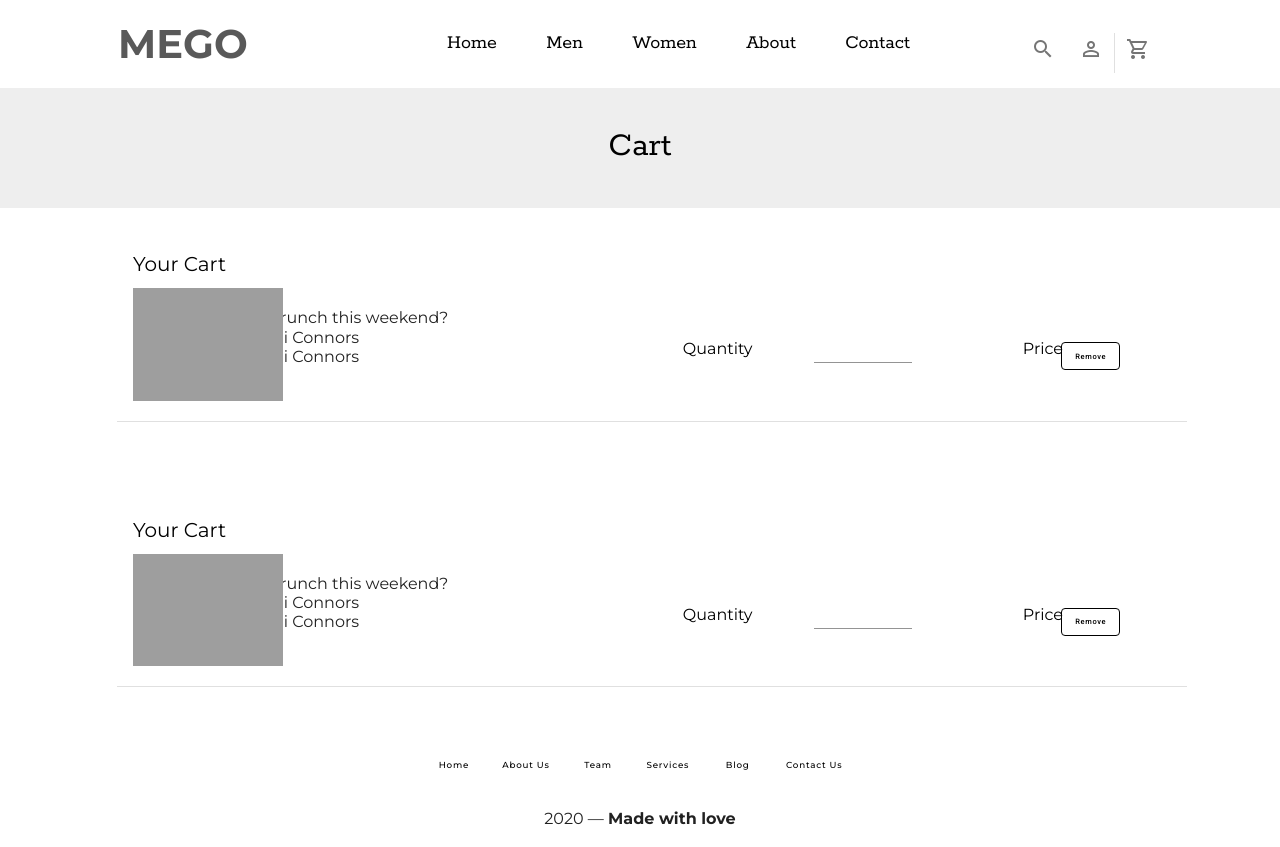
Repository: nguyenphuong152/mego-frontend
Page: /cart (app in frontend/)
These files come from the project's save history. The page is drawn as it stood at one moment and after the next save; the edit follows.
The browser window is 1280 px wide. The pictures show the whole page.
Pictures or frames that could not be fetched are drawn as grey boxes. The project was rebuilt for these pictures with package versions that can differ from the ones it lists, and the page was loaded fresh each time. Also part of the build but not shown: frontend/vue.config.js, frontend/src/components/Customer/Collection.vue, frontend/src/components/Customer/Banner.vue, frontend/src/components/Customer/BestSeller.vue, frontend/src/components/Customer/Partner.vue, frontend/src/views/Customer/Home.vue, frontend/src/components/Customer/ProductCategory.vue, frontend/src/components/Customer/ProductView.vue and 10 more. Imported but missing from the stored project, and not drawn on this page: frontend/src/views/Admin/Category.vue, frontend/src/views/Admin/ManageProduct.vue, frontend/src/views/Admin/ManageUser.vue, frontend/src/views/Admin/OrderList.vue.

Above is the page before, as saved 2020-11-26 17:00:20.

After the next save:
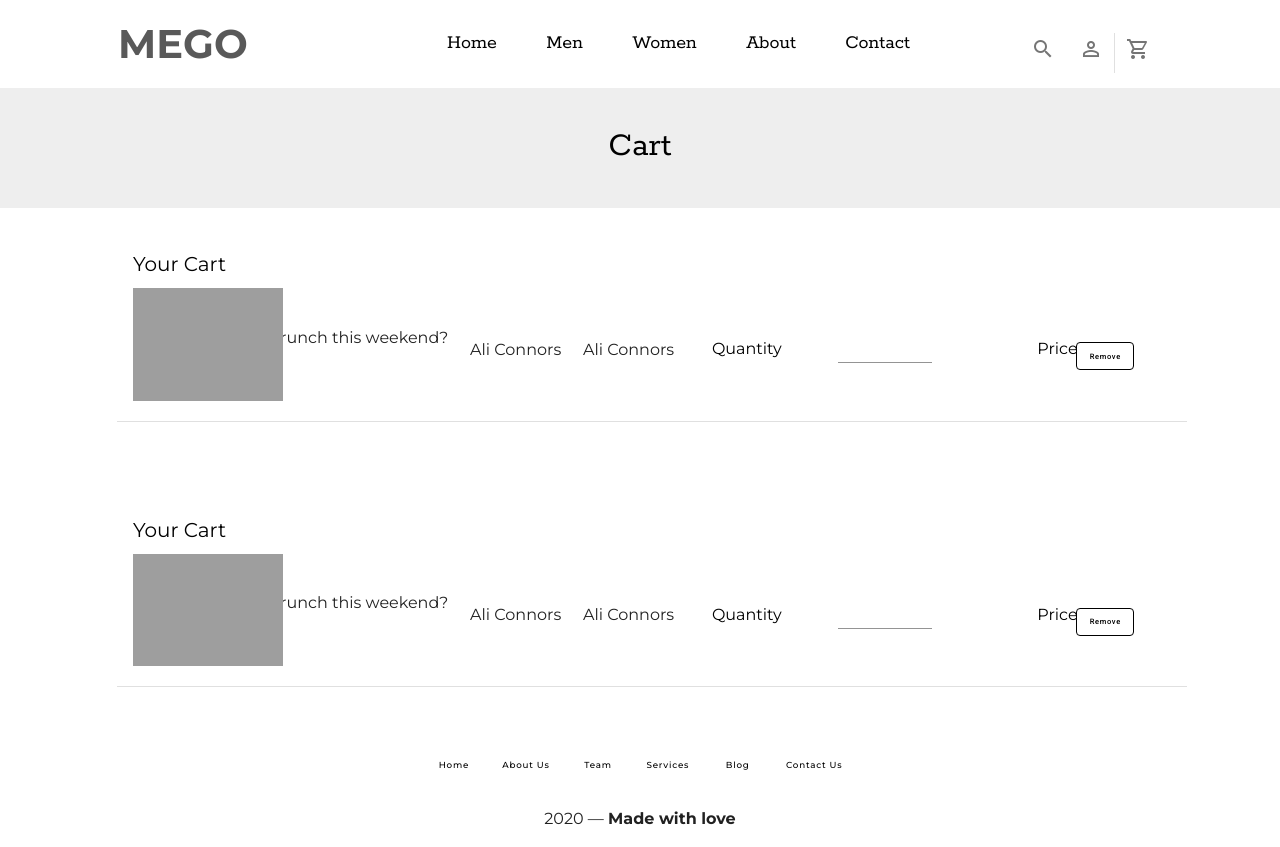
Saved 33 s later.
--- a/frontend/src/components/Customer/TotalProducts.vue
+++ b/frontend/src/components/Customer/TotalProducts.vue
@@ -19,11 +19,15 @@
               v-html="item.title"
               class="admin"
             ></v-list-item-title>
-            <v-list-item-subtitle
+           </v-row>
+           <v-row>
+              <v-list-item-subtitle
               class="admin"
               v-html="item.subtitle"
             ></v-list-item-subtitle>
-            <v-list-item-subtitle
+           </v-row>
+           <v-row>
+              <v-list-item-subtitle
               class="admin"
               v-html="item.subtitle"
             ></v-list-item-subtitle>
